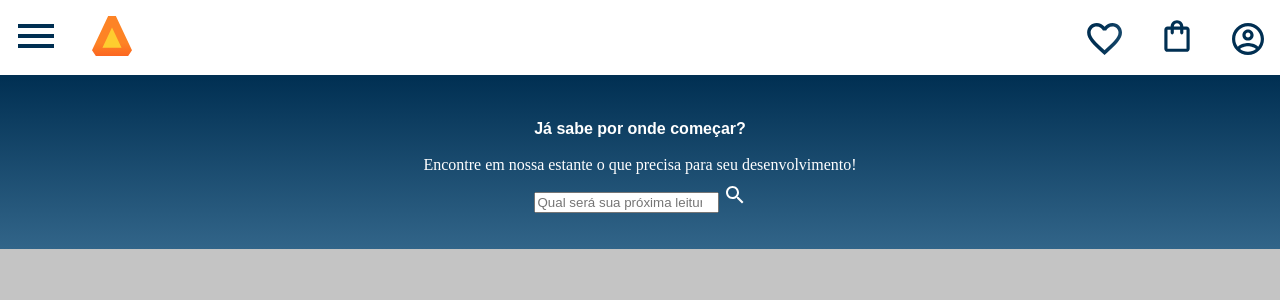
Repository: DamnDTX/projeto-mobile
Page: index.html
These files come from the project's save history. The page is drawn as it stood at one moment and after the next save; the edit follows.
The browser window is 1280 px wide. The pictures show the whole page.

Above is the page before, as saved 2023-07-28 09:35:19.

After the next save:
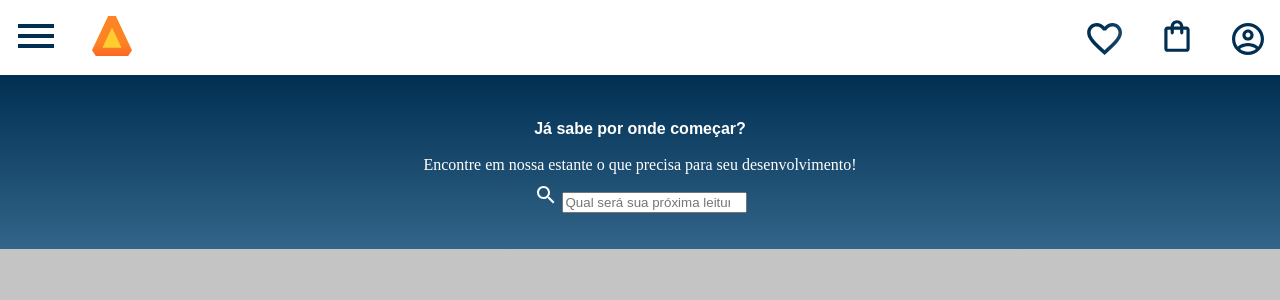
Saved 38 s later.
--- a/index.html
+++ b/index.html
@@ -64,8 +64,11 @@
     <p class="banner__texto">
         Encontre em nossa estante o que precisa para seu desenvolvimento!
     </p>
+
+    <img  src="./img/Pesquisa.svg" alt="lupa" class="banner__pesquisa__icone">
+
     <input type="search" class="banner__pesquisa" placeholder="Qual será sua próxima leitura?">
-    <img  src="./img/Pesquisa.svg" alt="lupa" class="banner__pesquisa__icone">
+
    </section>
 </body>
 </html>
